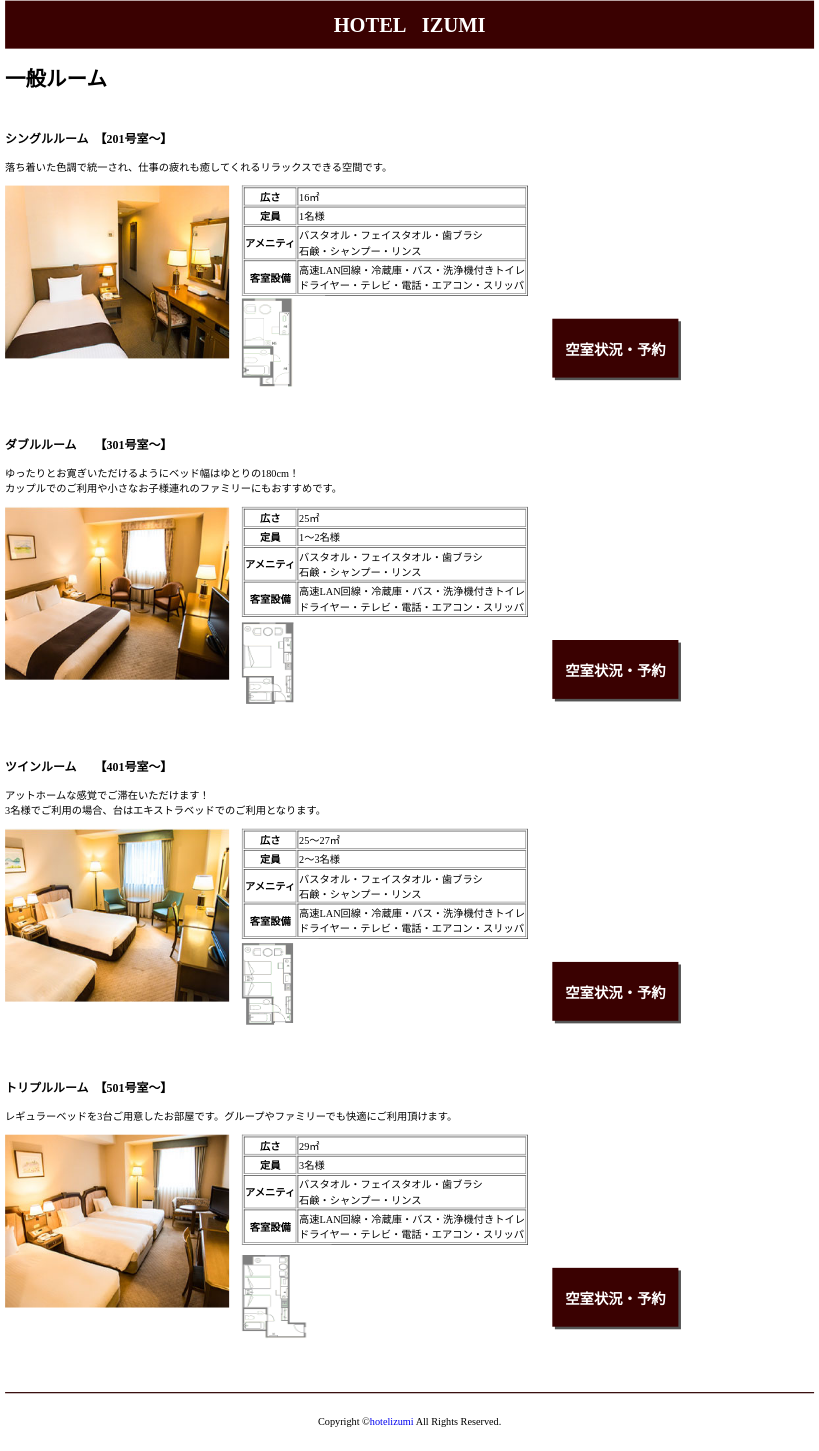
Repository: sep-dev/hotel_site
Page: http://localhost/HOTEL_IZUMI/general
An editor plug-in stored every save of this project. The page is shown before and after the next save, followed by the edit.
The browser window is 1280 px wide. The pictures show the whole page, at 64% of full size.
The page is served by Tomcat 9. Other server files are loaded and not shown.

Above is the page before, as saved 2016-05-26 00:44:56.

### HOTEL_IZUMI/src/main/webapp/WEB-INF/views/general.jsp
<!DOCTYPE html>
<%@ page language="java" contentType="text/html; charset=UTF-8" pageEncoding="UTF-8"%>
<%@ taglib prefix="form" uri="http://www.springframework.org/tags/form" %>
<!--  http://www.aspen-hotel.co.jp/room/ を参考   -->
<html>
  <head>
    <meta http-equiv="Content-Type" content="text/html; charset=Shift_JIS">
    <title>客室のご案内</title>
    <style type="text/css">
      div.example img {
        margin: 0px 20px 0px 0px;
      }
      <%@include file="../css/style.css" %>
    </style>
  </head>
  <body>
   <form>
    <div id="header">
      <div id="header h1"><h1><a HREF="http://localhost:8080/Izumi/top" STYLE="text-decoration:none"><font color="#FFFFFF">HOTEL&nbsp;&nbsp;&nbsp;IZUMI</font></a></h1></div>
    </div>


      <h1>一般ルーム</h1><br>
      <h3>シングルルーム　【201号室～】</h3>
      落ち着いた色調で統一され、仕事の疲れも癒してくれるリラックスできる空間です。<br><br>
      <div class="example">
        <img src="./resources/picture/ph01.jpg" alt="サンプル図" width="350" height="270"  align="left" >
      </div>
      <table border="1" >
        <tr>
          <th>広さ</th>
          <td>16㎡</td>
        </tr>
        <tr>
          <th>定員</th>
          <td>1名様</td>
        </tr>
        <tr>
          <th rowspan="2">アメニティ</th>
          <td rowspan="2">バスタオル・フェイスタオル・歯ブラシ<br>石鹸・シャンプー・リンス</td>
        </tr>
        <tr>
        </tr>
        <tr>
          <th rowspan="2">客室設備</th>
          <td rowspan="2">高速LAN回線・冷蔵庫・バス・洗浄機付きトイレ<br>ドライヤー・テレビ・電話・エアコン・スリッパ</td>
        </tr>
        <tr>
        </tr>
      </table>

      <img src="./resources/picture/ph01_shw1.png" alt="間取り図" width="130" height="146" align="left" ><br><br>

      <button class="button2" type="submit" style="position: absolute; right: 220px;">空室状況・予約</button>
      <br clear="all">
      <br><br><br>

      <h3>ダブルルーム　　【301号室～】</h3>
      ゆったりとお寛ぎいただけるようにベッド幅はゆとりの180cm！<br>カップルでのご利用や小さなお子様連れのファミリーにもおすすめです。<br><br>
      <div class="example">
        <img src="./resources/picture/ph04.jpg" alt="サンプル図" width="350" height="270"  align="left" >
      </div>
      <table border="1" >
        <tr>
          <th>広さ</th>
          <td>25㎡</td>
        </tr>
        <tr>
          <th>定員</th>
          <td>1～2名様</td>
        </tr>
        <tr>
          <th rowspan="2">アメニティ</th>
          <td rowspan="2">バスタオル・フェイスタオル・歯ブラシ<br>石鹸・シャンプー・リンス</td>
        </tr>
        <tr>
        </tr>
        <tr>
          <th rowspan="2">客室設備</th>
          <td rowspan="2">高速LAN回線・冷蔵庫・バス・洗浄機付きトイレ<br>ドライヤー・テレビ・電話・エアコン・スリッパ</td>
        </tr>
         <tr>
         </tr>
       </table>

       <img src="./resources/picture/ph04_shw1.png" alt="間取り図" width="130" height="146" align="left" ><br><br>

       <button class="button2" type="submit" style="position: absolute; right: 220px;">空室状況・予約</button>
       <br clear="all">
       <br><br><br>

       <h3>ツインルーム　　【401号室～】</h3>
       アットホームな感覚でご滞在いただけます！<br>3名様でご利用の場合、台はエキストラベッドでのご利用となります。<br><br>

       <div class="example">
         <img src="./resources/picture/ph06.jpg" alt="サンプル図" width="350" height="270"  align="left" >
       </div>
       <table border="1" >
         <tr>
           <th>広さ</th>
           <td>25～27㎡</td>
         </tr>
         <tr>
           <th>定員</th>
           <td>2～3名様</td>
         </tr>
         <tr>
            <th rowspan="2">アメニティ</th>
            <td rowspan="2">バスタオル・フェイスタオル・歯ブラシ<br>石鹸・シャンプー・リンス</td>
          </tr>
          <tr>
          </tr>
          <tr>
            <th rowspan="2">客室設備</th>
            <td rowspan="2">高速LAN回線・冷蔵庫・バス・洗浄機付きトイレ<br>ドライヤー・テレビ・電話・エアコン・スリッパ</td>
           </tr>
           <tr>
         </tr>
       </table>

        <img src="./resources/picture/ph06_shw1.png" alt="間取り図" width="120" height="146" align="left" >
        <br><br>

        <button class="button2" type="submit" style="position: absolute; right: 220px;">空室状況・予約</button>
        <br clear="all">
        <br><br><br>

        <h3>トリプルルーム　【501号室～】</h3>
        レギュラーベッドを3台ご用意したお部屋です。グループやファミリーでも快適にご利用頂けます。<br><br>
        <div class="example">
          <img src="./resources/picture/ph07.jpg" alt="サンプル図" width="350" height="270"  align="left" >
        </div>
        <table border="1" >
          <tr>
            <th>広さ</th>
            <td>29㎡</td>
          </tr>
          <tr>
            <th>定員</th>
            <td>3名様</td>
          </tr>
          <tr>
            <th rowspan="2">アメニティ</th>
            <td rowspan="2">バスタオル・フェイスタオル・歯ブラシ<br>石鹸・シャンプー・リンス</td>
          </tr>
          <tr>
          </tr>
          <tr>
            <th rowspan="2">客室設備</th>
            <td rowspan="2">高速LAN回線・冷蔵庫・バス・洗浄機付きトイレ<br>ドライヤー・テレビ・電話・エアコン・スリッパ</td>
          </tr>
          <tr>
          </tr>
        </table>

        <img src="./resources/picture/ph07_shw1.png" alt="間取り図" width="140" height="146" align="left" ><br><br>

        <button class="button2" type="submit" style="position: absolute; right: 220px;">空室状況・予約</button>
        <br clear="all">
        <br><br><br>


        <div id="footer">
          <p id="copyright">Copyright &copy;<a href="http://hotelizumi.com">hotelizumi</a> All Rights Reserved.</p>
        </div>
    </form>
  </body>
</html>

### HOTEL_IZUMI/src/main/webapp/WEB-INF/views/common/header.jsp
<%@ taglib uri="http://java.sun.com/jsp/jstl/core" prefix="c" %>
<%@ taglib prefix="form" uri="http://www.springframework.org/tags/form"%>
<%@page language="java" contentType="text/html; charset=UTF-8" pageEncoding="UTF-8"%>
<%@ page contentType="text/html; charset=UTF-8"%>

### HOTEL_IZUMI/src/main/webapp/WEB-INF/css/style.css
html{
    margin: 0;
    margin-top:-20px;
    padding: 0;
    width:100%;
    height:100%;
}
.top{
	display:block;
	margin-left:auto;
	margin-right:auto;
}

#contents {
    top : 0px;
    padding : 10px;
    margin : 10px;
    text-align : center;
}

#contents img{
    padding-bottom:10px;
}

#contents button {
    font-size: 1.4em;
    font-weight: bold;
    padding: 10px 30px;
    background-color: #200;
    color: #ffffff;
    border-style: none;
}

#table{
    border:0;
    background-color:#CCCCCC;
    font-size:24px;
    color:#666666;
    width:200px;
}

#table3{
    border:0;
    background-color:#CCCCCC;
    font-size:24px;
    color:#666666;
    width:200px;
}

/*--------calender----------*/
#Sunday{
    text-align:center;
    width:200;
    height:40;
    background-color:#C7D8ED;
    color:#FF3300;
    padding:15px;
}
#MonFri{
    text-align:center;
    width:200;
    background-color:#C7D8ED;
    color:#666666;
    padding:15px;
}
#Saturday{
    text-align:center;
    width:200;
    background-color:#C7D8ED;
    color:#666666;
    padding:15px;
}
#Saturday2{
    text-align:center;
    width:200;
    background-color:#A6C0E1;
    color:#666666;
}
#Sunday2{
    text-align:center;
    height:40;
    background-color:#FFCC99;
    color:#666666;
}
#Weekday{
    text-align:center;
    background-color:#FFFFFF;
    color:#666666;
    width:200;
}
#publicholiday{
    text-align:center;
    background-color:#FF3300;
    color:#FFFFFF;
}
#table2 tr td{
    border:0;
    font-size:24px;
    color:#666666;
    width:400px;
}
#float{
    float:left;
}
/* --------------------------------------*/

#header {
    top: 0px;
    left: 0px;
    height: 75px;
    margin-right: auto;
    margin-left: auto;
    text-align : center;
    background-color : #3A0101;

}
#header h1{
    padding-top: 20px;
    font-family: 'Times New Roman', Times, serif;
 	color:#ffffff;
}


#top{
    font-size: 200%;
}

#oneset{
	padding-top: 10px;
	padding-bottom: 10px;

	border-width: thick;
	border-color: #999AAA;
	border-style: ridge;
}
#name
{
    text-align: center;
	font-size: 150%;
    font-family: 'Segoe UI', Tahoma, Geneva, Verdana, sans-serif;
    font-weight: bold;
    background-color: #999AAA;
    font-family: 'Times New Roman', Times, serif;

}
#message{
	color: #000000;
    padding-left: 300px;
	font-size: 150%;

	text-align: left; margin-left: 100px; margin-right: 0px; width: 1000px;
}


/*---------入力フォーム----------*/

#reservation{

    padding-top: 20px;
    margin-bottom:50px;
    font-family: 'Times New Roman', Times, serif;
 	color:#000000;
}

#form{
    margin-top:30px

}


button.button2 {
    float:right;
    font-size: 1.4em;
    font-weight: bold;
    padding: 30px 20px;
    background-color: #3A0101;
    color: #ffffff;
    border-style: none;
    font-family: 'Times New Roman', Times, serif;
    box-shadow:4px 4px #555;
}

/*
footer ------------------------------------------------------*/

#footer {
    margin-top:30px;
    border-top:2px solid #3A1010;
    padding-top:20px;
    padding-bottom:20px;
}

#footer p{
    text-align:center;
}
#footer p a{
    text-decoration: none;
}
#footborder hr{
    border-color:#3A1010;
    border-width:1px;
}

After the next save:
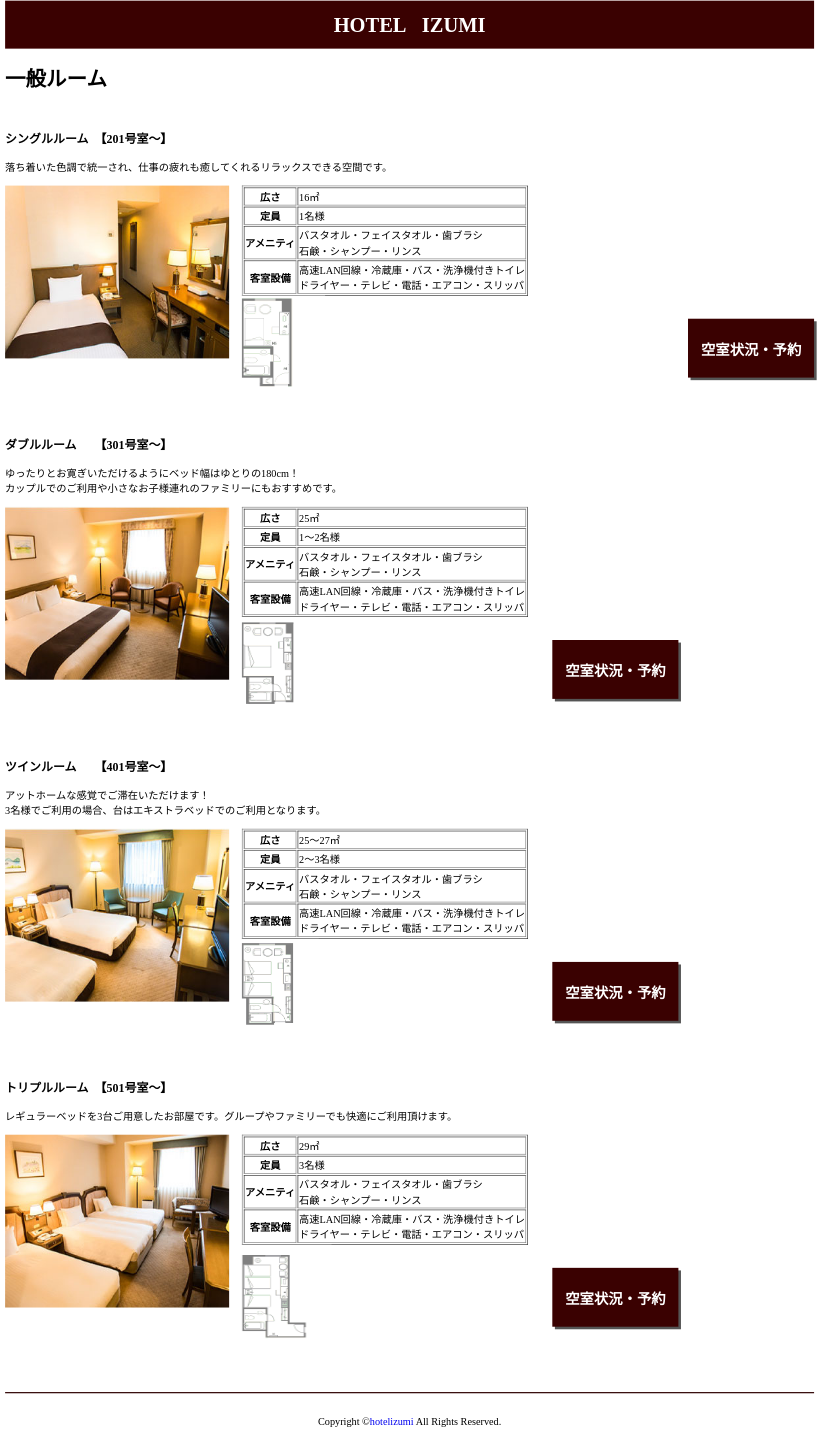
Saved 44 s later.
--- a/HOTEL_IZUMI/src/main/webapp/WEB-INF/views/general.jsp
+++ b/HOTEL_IZUMI/src/main/webapp/WEB-INF/views/general.jsp
@@ -51,7 +51,7 @@
 
       <img src="./resources/picture/ph01_shw1.png" alt="間取り図" width="130" height="146" align="left" ><br><br>
 
-      <button class="button2" type="submit" style="position: absolute; right: 220px;">空室状況・予約</button>
+      <button class="button2" type="submit" >空室状況・予約</button>
       <br clear="all">
       <br><br><br>
 
